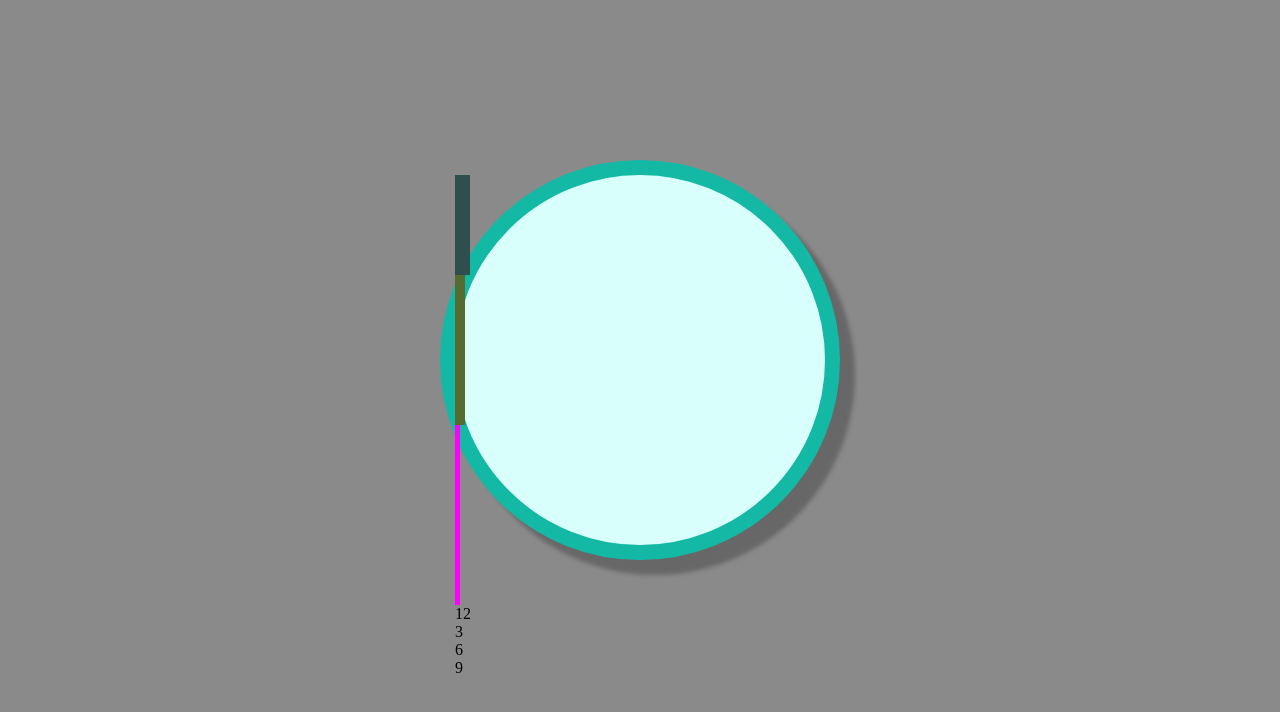
Repository: ChenWarren/web-clock
Page: index.html
These files come from the project's save history. The page is drawn as it stood at one moment and after a run of saves; the edit follows.
The browser window is 1280 px wide. The pictures show the whole page.

Above is the page before, as saved 2021-03-18 20:52:33.

After the next 4 saves:
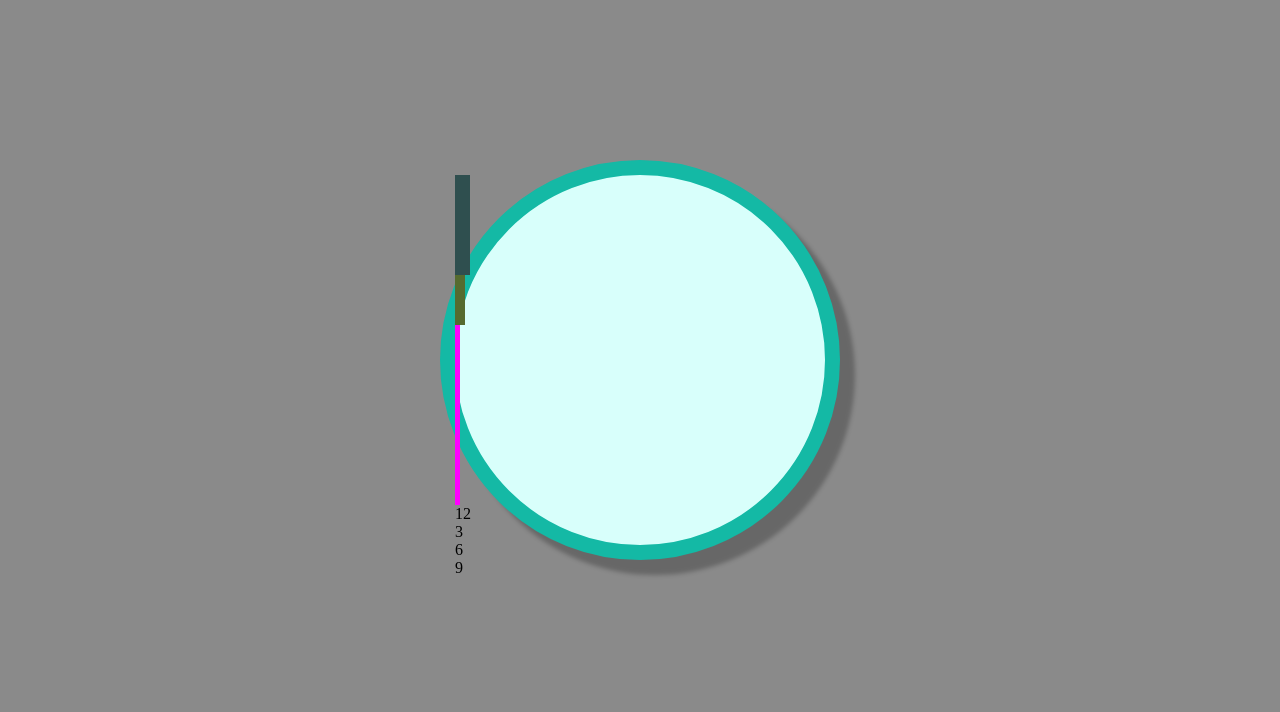
The 4 saves are shown as one change because they came seconds apart.
The last was saved 21 s later.
--- a/main.css
+++ b/main.css
@@ -22,12 +22,14 @@ body {
     border: 15px solid #14B9A5;
     box-sizing: border-box;
     box-shadow: 15px 15px 4px rgba(0, 0, 0, 0.25);
+    position: relative;
 }
 
 .hour {
     width: 15px;
     height: 100px;
     background-color:  darkslategray;
+    position: absolute;
 }
 
 .minute {
